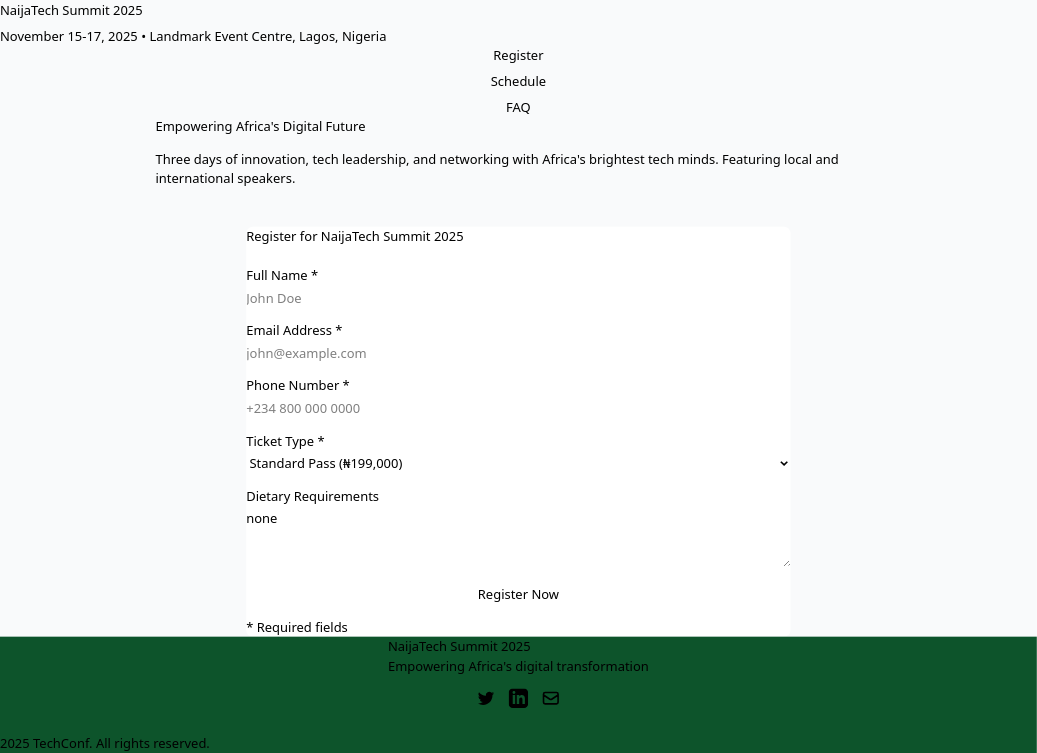
Repository: AYANO-EMMANUEL/fictional-tech-conf-event
Page: /
These files come from the project's save history. The page is drawn as it stood at one moment and after the next save; the edit follows.
The browser window is 1280 px wide. The pictures show the whole page, at 81% of full size.
The project was rebuilt for these pictures with package versions that can differ from the ones it lists, and the page was loaded fresh each time. Also part of the build but not shown: vite.config.ts, src/components/Schedule/Schedule.tsx, src/components/FAQ/FAQ.tsx.

Above is the page before, as saved 2025-08-06 14:17:23.

### index.html
<!doctype html>
<html lang="en">
  <head>
    <meta charset="UTF-8" />
    <link rel="icon" type="image/svg+xml" href="/vite.svg" />
    <link rel="stylesheet" href="/src/index.css">
    <meta name="viewport" content="width=device-width, initial-scale=1.0" />
    <title>Vite + React + TS</title>
  </head>
  <body>
    <div id="root"></div>
    <script type="module" src="/src/main.tsx"></script>
  </body>
</html>

### src/index.css
/* @import "tailwindcss/components.css";
@import "tailwindcss/preflight.css";
@import "tailwindcss/utilities.css"; */
/* @tailwind base;
@tailwind components;
@tailwind utilities; */

@import "tailwindcss";

/* Custom styles */
.btn {
  display: inline-flex;
  align-items: center;
  justify-content: center;
  font-weight: 600;
  padding: 0.625rem 1.25rem;
  border-radius: 0.375rem;
  transition: all 0.2s ease-in-out;
  cursor: pointer;
  border: 1px solid transparent;
  box-shadow: 0 1px 2px 0 rgba(0, 0, 0, 0.05);
}

.btn:focus {
  outline: 2px solid transparent;
  outline-offset: 2px;
  box-shadow: 0 0 0 3px rgba(59, 130, 246, 0.5);
}

/* Primary Button */
.btn-primary {
  /* @apply bg-nigeria-green text-white hover:bg-green-700 focus:bg-green-700 active:bg-green-800; */
  background-color: green;
  color: white;
  border-color: green;
}

.btn-primary:focus {
  outline: 2px solid transparent;
  outline-offset: 2px;
  box-shadow: 0 0 0 3px rgba(59, 130, 246, 0.5);
}

.btn-primary:hover {
  transform: translateY(-1px);
  box-shadow: 0 4px 6px -1px rgba(0, 0, 0, 0.1), 0 2px 4px -1px rgba(0, 0, 0, 0.06);
}

.btn-primary:active {
  transform: translateY(0);
}

/* Secondary button */
.btn-secondary {
  /* @apply bg-white text-nigeria-green border-2 border-nigeria-green hover:bg-green-50 focus:bg-green-50 active:bg-green-100; */
  background-color: #f3f4f6;
  color: green;
  border: 1px solid green;
}

.btn-secondary:hover {
  background-color: #e5e7eb;
  transform: translateY(-1px);
  box-shadow: 0 4px 6px -1px rgba(0, 0, 0, 0.1), 0 2px 4px -1px rgba(0, 0, 0, 0.06);
}

.btn-secondary:active {
  transform: translateY(0);
}

.card {
  background-color: white;
  border-radius: 0.5rem;
  box-shadow: 0 4px 6px -1px rgb(0 0 0 / 0.1), 0 2px 4px -2px rgb(0 0 0 / 0.1);
  overflow: hidden;
  transition-property: all;
  transition-timing-function: cubic-bezier(0.4, 0, 0.2, 1);
  transition-duration: 200ms;
}

.card:hover {
  box-shadow: 0 10px 15px -3px rgb(0 0 0 / 0.1), 0 4px 6px -4px rgb(0 0 0 / 0.1);
}

.form-input {
  width: 100%;
  padding: 0.5rem 1rem;
  border-width: 1px;
  border-color: #d1d5db;
  border-radius: 0.5rem;
  transition-property: color, background-color, border-color, text-decoration-color, fill, stroke, opacity, box-shadow, transform, filter, backdrop-filter;
  transition-timing-function: cubic-bezier(0.4, 0, 0.2, 1);
  transition-duration: 200ms;
}

.form-input:focus {
  outline: 2px solid transparent;
  outline-offset: 2px;
  --tw-ring-offset-shadow: var(--tw-ring-inset) 0 0 0 var(--tw-ring-offset-width) var(--tw-ring-offset-color);
  --tw-ring-shadow: var(--tw-ring-inset) 0 0 0 calc(2px + var(--tw-ring-offset-width)) var(--tw-ring-color);
  box-shadow: var(--tw-ring-offset-shadow), var(--tw-ring-shadow), var(--tw-shadow, 0 0 #0000);
  --tw-ring-color: rgb(59 130 246 / 0.5);
  --tw-ring-offset-width: 0px;
  border-color: transparent;
}

.form-label {
  display: block;
  color: #374151;
  font-weight: 500;
  margin-bottom: 0.25rem;
}

/* Base styles */
:root {
  font-family: system-ui, -apple-system, BlinkMacSystemFont, 'Segoe UI', Roboto, 'Helvetica Neue', Arial, sans-serif;
  line-height: 1.5;
  font-weight: 400;
  color: #1a1a1a;
  background-color: #f9fafb;
  font-synthesis: none;
  text-rendering: optimizeLegibility;
  -webkit-font-smoothing: antialiased;
  -moz-osx-font-smoothing: grayscale;
}

/* Animations */
@keyframes fadeIn {
  from { opacity: 0; transform: translateY(10px); }
  to { opacity: 1; transform: translateY(0); }
}

.animate-fade-in {
  animation: fadeIn 0.3s ease-out forwards;
}

### src/main.tsx
import React from 'react';
import { createRoot } from 'react-dom/client';
import App from './App';
import './index.css';

const container = document.getElementById('root');
if (!container) throw new Error('Failed to find the root element');
const root = createRoot(container);

root.render(
  <React.StrictMode>
    <App />
  </React.StrictMode>
);

### src/App.tsx
import { useState } from 'react';
import { RegistrationForm } from './components/Form/RegistrationForm';
import Schedule from './components/Schedule/Schedule';
import FAQ from './components/FAQ/FAQ';
import Hero from '../src/assets/tnigeria-bg.jpeg';

function App() {
  const [activeSection, setActiveSection] = useState<'register' | 'schedule' | 'faq'>('register');

  return (
    <div className="min-h-screen bg-gray-50">
      {/* Header */}
      <header className="bg-gradient-to-r text-center from-green-500 to-green-700 bg-cover bg-center bg-[url(')] text-white shadow-lg">
        <div className="container mx-auto px-4 py-6">
          <h1 className="text-3xl md:text-4xl font-bold mb-2">NaijaTech Summit 2025</h1>
          <p className="text-blue-100">November 15-17, 2025 • Landmark Event Centre, Lagos, Nigeria</p>
        </div>

        {/* Navigation */}
        <nav className="bg-nigeria-green/90 backdrop-blur-sm shadow-md">
          <div className="container mx-auto px-4">
            <div className="flex flex-col justify-center sm:flex-row space-y-2 sm:space-y-0 sm:space-x-6 py-6">
              <button
                onClick={() => setActiveSection('register')}
                className={`btn ${activeSection === 'register'
                  ? 'btn-primary'
                  : 'btn-secondary'}`}
              >
                Register
              </button>
              <button
                onClick={() => setActiveSection('schedule')}
                className={`btn ${activeSection === 'schedule'
                  ? 'btn-primary'
                  : 'btn-secondary'}`}
              >
                Schedule
              </button>
              <button
                onClick={() => setActiveSection('faq')}
                className={`btn ${activeSection === 'faq'
                  ? 'btn-primary'
                  : 'btn-secondary'}`}
              >
                FAQ
              </button>
            </div>
          </div>
        </nav>
      </header>

      {/* Hero Section */}
      {activeSection === 'register' && (
        <section className="py-12 md:py-20 bg-gradient-to-b from-nigeria-greenLight to-white">
          <div className="container mx-auto px-4">
            <div className="max-w-4xl mx-auto text-center mb-12">
              <h2 className="text-3xl md:text-4xl font-bold text-gray-900 mb-4">
                Empowering Africa's Digital Future
              </h2>
              <p className="text-xl text-gray-600">
                Three days of innovation, tech leadership, and networking with Africa's brightest tech minds. Featuring local and international speakers.
              </p>
            </div>
            <RegistrationForm onSuccess={() => setActiveSection('schedule')} />
          </div>
        </section>
      )}

      {/* Schedule Section */}
      {activeSection === 'schedule' && (
        <section className="py-12 md:py-16 bg-white">
          <main className="container mx-auto px-4 py-8">
            <Schedule />
          </main>
        </section>
      )}

      {/* FAQ Section */}
      {activeSection === 'faq' && (
        <section className="py-12 md:py-16 bg-gray-50">
          <div className="container mx-auto px-4">
            <FAQ />
          </div>
        </section>
      )}

      {/* Footer */}
      <footer className="bg-green-900 text-white py-8">
        <div className="container mx-auto px-4">
          <div className="flex flex-col md:flex-row justify-between items-center">
            <div className="mb-4 md:mb-0">
              <h3 className="text-xl font-bold">NaijaTech Summit 2025</h3>
              <p className="text-gray-400">Empowering Africa's digital transformation</p>
            </div>
            <div className="flex space-x-4">
              <a href="#" className="text-gray-400 hover:text-white transition-colors">
                <span className="sr-only">Twitter</span>
                <svg className="h-6 w-6" fill="currentColor" viewBox="0 0 24 24" aria-hidden="true">
                  <path d="M8.29 20.251c7.547 0 11.675-6.253 11.675-11.675 0-.178 0-.355-.012-.53A8.348 8.348 0 0022 5.92a8.19 8.19 0 01-2.357.646 4.118 4.118 0 001.804-2.27 8.224 8.224 0 01-2.605.996 4.107 4.107 0 00-6.993 3.743 11.65 11.65 0 01-8.457-4.287 4.106 4.106 0 001.27 5.477A4.072 4.072 0 012.8 9.713v.052a4.105 4.105 0 003.292 4.022 4.095 4.095 0 01-1.853.07 4.108 4.108 0 003.834 2.85A8.233 8.233 0 012 18.407a11.616 11.616 0 006.29 1.84" />
                </svg>
              </a>
              <a href="#" className="text-gray-400 hover:text-white transition-colors">
                <span className="sr-only">LinkedIn</span>
                <svg className="h-6 w-6" fill="currentColor" viewBox="0 0 24 24" aria-hidden="true">
                  <path fillRule="evenodd" d="M19 0h-14c-2.761 0-5 2.239-5 5v14c0 2.761 2.239 5 5 5h14c2.762 0 5-2.239 5-5v-14c0-2.761-2.238-5-5-5zm-11 19h-3v-11h3v11zm-1.5-12.268c-.966 0-1.75-.79-1.75-1.764s.784-1.764 1.75-1.764 1.75.79 1.75 1.764-.783 1.764-1.75 1.764zm13.5 12.268h-3v-5.604c0-3.368-4-3.113-4 0v5.604h-3v-11h3v1.765c1.396-2.586 7-2.777 7 2.476v6.759z" clipRule="evenodd" />
                </svg>
              </a>
              <a href="mailto:info@techconf.com" className="text-gray-400 hover:text-white transition-colors">
                <span className="sr-only">Email</span>
                <svg className="h-6 w-6" fill="none" stroke="currentColor" viewBox="0 0 24 24" xmlns="http://www.w3.org/2000/svg">
                  <path strokeLinecap="round" strokeLinejoin="round" strokeWidth={2} d="M3 8l7.89 5.26a2 2 0 002.22 0L21 8M5 19h14a2 2 0 002-2V7a2 2 0 00-2-2H5a2 2 0 00-2 2v10a2 2 0 002 2z" />
                </svg>
              </a>
            </div>
          </div>
          <div className="mt-8 pt-8 border-t border-gray-800 text-center text-gray-400 text-sm">
            <p> {new Date().getFullYear()} TechConf. All rights reserved.</p>
          </div>
        </div>
      </footer>
    </div>
  );
}

export default App;

### src/components/Form/RegistrationForm.tsx
import { useState, useEffect } from 'react';

interface FormData {
  fullName: string;
  email: string;
  phone: string;
  ticketType: 'standard' | 'vip' | 'student' | 'startup';
  state: string;
  organization: string;
  howHeard: string;
  dietaryRequirements: string;
}

interface RegistrationFormProps {
  onSuccess?: () => void;
}

export const RegistrationForm = ({ onSuccess }: RegistrationFormProps) => {
  const [formData, setFormData] = useState<FormData>({
    fullName: '',
    email: '',
    phone: '',
    ticketType: 'standard',
    state: '',
    organization: '',
    howHeard: '',
    dietaryRequirements: 'none',
  });

  const [errors, setErrors] = useState<Partial<FormData>>({});
  const [isSubmitted, setIsSubmitted] = useState(false);

  // Load saved form data from localStorage on component mount
  useEffect(() => {
    const savedFormData = localStorage.getItem('conferenceFormData');
    if (savedFormData) {
      setFormData(JSON.parse(savedFormData));
    }
  }, []);

  // Save form data to localStorage whenever it changes
  useEffect(() => {
    localStorage.setItem('conferenceFormData', JSON.stringify(formData));
  }, [formData]);

  const validateForm = (): boolean => {
    const newErrors: Partial<FormData> = {};
    let isValid = true;

    if (!formData.fullName.trim()) {
      newErrors.fullName = 'Full name is required';
      isValid = false;
    }

    if (!formData.email) {
      newErrors.email = 'Email is required';
      isValid = false;
    } else if (!/^[^\s@]+@[^\s@]+\.[^\s@]+$/.test(formData.email)) {
      newErrors.email = 'Please enter a valid email address';
      isValid = false;
    }

    if (!formData.phone) {
      newErrors.phone = 'Phone number is required';
      isValid = false;
    } else if (
      !(
        /^\+?234\s?\d{10}$/.test(formData.phone) ||
        /^\d{11}$/.test(formData.phone)
      )
    ) {
      newErrors.phone = 'Please enter a valid phone number';
      isValid = false;
    }

    setErrors(newErrors);
    return isValid;
  };

  const handleChange = (
    e: React.ChangeEvent<HTMLInputElement | HTMLSelectElement | HTMLTextAreaElement>
  ) => {
    const { name, value } = e.target;
    setFormData({
      ...formData,
      [name]: value,
    });
  };

  const handleSubmit = (e: React.FormEvent) => {
    e.preventDefault();
    if (validateForm()) {
      // In a real app, you would send the data to your backend here
      console.log('Form submitted:', formData);
      setIsSubmitted(true);
      // Reset form
      setFormData({
        fullName: '',
        email: '',
        phone: '',
        ticketType: 'standard',
        state: '',
        organization: '',
        howHeard: '',
        dietaryRequirements: 'none',
      });
      // Clear any saved form data from localStorage
      localStorage.removeItem('conferenceFormData');

      // Call the onSuccess callback if provided
      if (onSuccess) {
        onSuccess();
      }
    }
  };

  const nigerianStates = [
    'Abia', 'Adamawa', 'Akwa Ibom', 'Anambra', 'Bauchi', 'Bayelsa', 'Benue', 'Borno',
    'Cross River', 'Delta', 'Ebonyi', 'Edo', 'Ekiti', 'Enugu', 'FCT', 'Gombe',
    'Imo', 'Jigawa', 'Kaduna', 'Kano', 'Katsina', 'Kebbi', 'Kogi', 'Kwara',
    'Lagos', 'Nasarawa', 'Niger', 'Ogun', 'Ondo', 'Osun', 'Oyo', 'Plateau',
    'Rivers', 'Sokoto', 'Taraba', 'Yobe', 'Zamfara'
  ];

  if (isSubmitted) {
    return (
      <div className="text-center py-8">
        <div className="text-green-500 text-5xl mb-4">✓</div>
        <h3 className="text-xl font-semibold text-gray-800 mb-2">E Don Cast!</h3>
        <p className="text-gray-600">Your registration is complete! We've sent a confirmation to {formData.email}.</p>
        <p className="text-gray-600 mt-2">No go miss am, we dey wait you for Landmark Event Centre!</p>
      </div>
    );
  }

  return (
    <div className="bg-white shadow-lg rounded-lg p-6 max-w-2xl mx-auto transform transition-all duration-300 hover:shadow-xl">
      <h2 className="text-2xl font-bold text-gray-800 mb-6 text-center">
        Register for NaijaTech Summit 2025
      </h2>
      <form onSubmit={handleSubmit} className="space-y-4">
        <div>
          <label htmlFor="fullName" className="block text-gray-700 font-medium mb-1">
            Full Name *
          </label>
          <input
            type="text"
            id="fullName"
            name="fullName"
            value={formData.fullName}
            onChange={handleChange}
            className={`w-full px-4 py-2 border rounded-lg focus:ring-2 focus:ring-blue-500 focus:border-transparent ${
              errors.fullName ? 'border-red-500' : 'border-gray-300'
            }`}
            placeholder="John Doe"
          />
          {errors.fullName && (
            <p className="mt-1 text-sm text-red-600">{errors.fullName}</p>
          )}
        </div>

        <div>
          <label htmlFor="email" className="block text-gray-700 font-medium mb-1">
            Email Address *
          </label>
          <input
            type="email"
            id="email"
            name="email"
            value={formData.email}
            onChange={handleChange}
            className={`w-full px-4 py-2 border rounded-lg focus:ring-2 focus:ring-blue-500 focus:border-transparent ${
              errors.email ? 'border-red-500' : 'border-gray-300'
            }`}
            placeholder="john@example.com"
          />
          {errors.email && (
            <p className="mt-1 text-sm text-red-600">{errors.email}</p>
          )}
        </div>

        <div>
          <label htmlFor="phone" className="block text-gray-700 font-medium mb-1">
            Phone Number *
          </label>
          <input
            type="tel"
            id="phone"
            name="phone"
            value={formData.phone}
            onChange={handleChange}
            className={`w-full px-4 py-2 border rounded-lg focus:ring-2 focus:ring-blue-500 focus:border-transparent ${
              errors.phone ? 'border-red-500' : 'border-gray-300'
            }`}
            placeholder="+234 800 000 0000"
          />
          {errors.phone && (
            <p className="mt-1 text-sm text-red-600">{errors.phone}</p>
          )}
        </div>

        <div>
          <label htmlFor="ticketType" className="block text-gray-700 font-medium mb-1">
            Ticket Type *
          </label>
          <select
            id="ticketType"
            name="ticketType"
            value={formData.ticketType}
            onChange={handleChange}
            className="w-full px-4 py-2 border border-gray-300 rounded-lg focus:ring-2 focus:ring-blue-500 focus:border-transparent"
          >
            <option value="standard">Standard Pass (₦199,000)</option>
            <option value="vip">VIP Pass (₦399,000)</option>
            <option value="student">Student Pass (₦99,000)</option>
          </select>
        </div>

        <div>
          <label htmlFor="dietaryRequirements" className="block text-gray-700 font-medium mb-1">
            Dietary Requirements
          </label>
          <textarea
            id="dietaryRequirements"
            name="dietaryRequirements"
            value={formData.dietaryRequirements}
            onChange={handleChange}
            rows={3}
            className="w-full px-4 py-2 border border-gray-300 rounded-lg focus:ring-2 focus:ring-blue-500 focus:border-transparent"
            placeholder="Any dietary restrictions or allergies?"
          />
        </div>

        <div className="pt-2">
          <button
            type="submit"
            className="w-full bg-gradient-to-r from-green-600 to-green-700 hover:from-green-700 hover:to-green-800 cursor-pointer text-white font-bold py-3 px-4 rounded-lg transition-all duration-300 transform hover:scale-[1.02] hover:shadow-lg active:scale-95"
          >
            Register Now
          </button>
        </div>

        <p className="text-sm text-gray-500 mt-4">
          * Required fields
        </p>
      </form>
    </div>
  );
};

export default RegistrationForm;

After the next save:
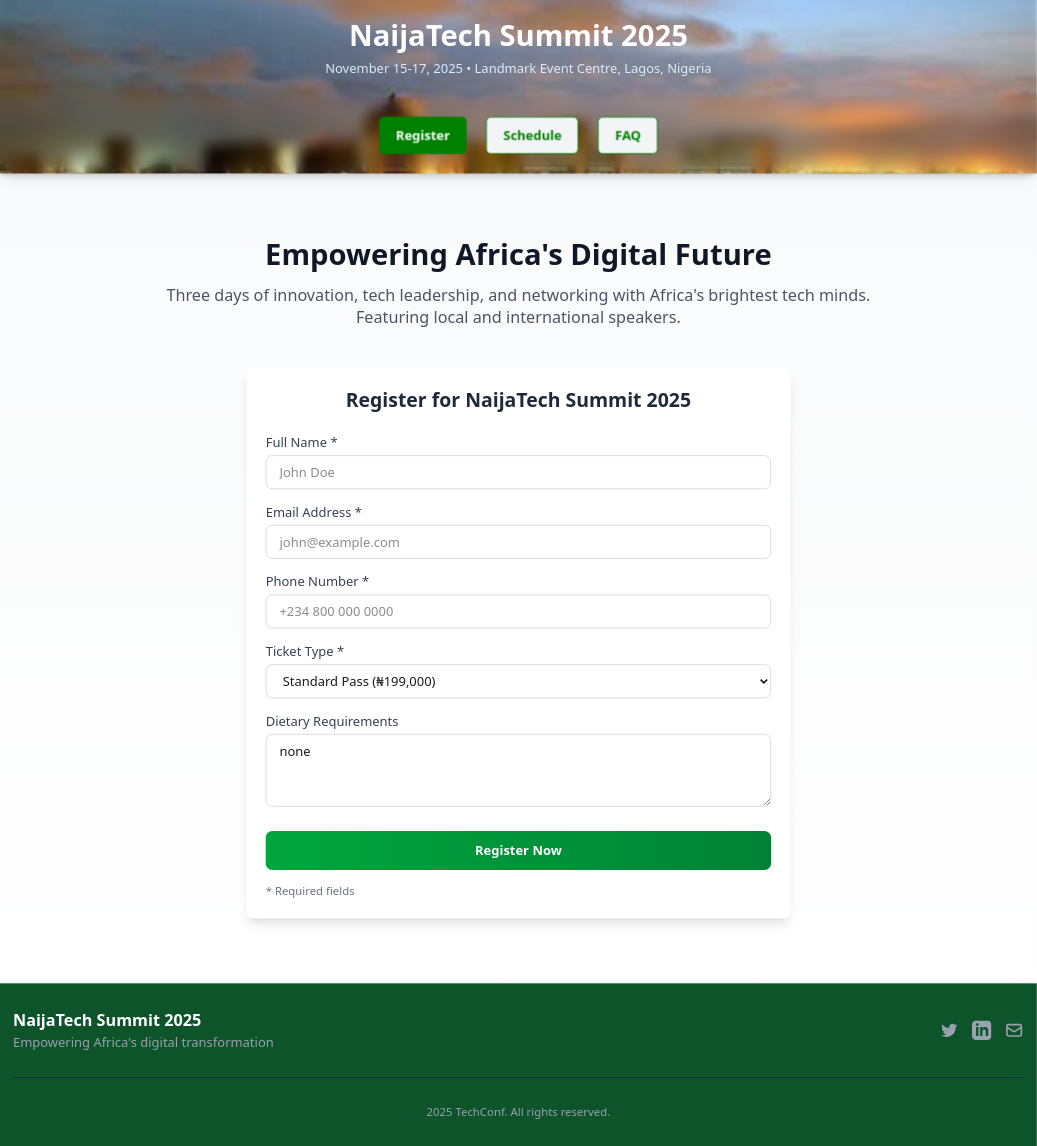
Saved 6 s later.
--- a/src/App.tsx
+++ b/src/App.tsx
@@ -10,7 +10,7 @@ function App() {
   return (
     <div className="min-h-screen bg-gray-50">
       {/* Header */}
-      <header className="bg-gradient-to-r text-center from-green-500 to-green-700 bg-cover bg-center bg-[url(')] text-white shadow-lg">
+      <header className="bg-gradient-to-r text-center from-green-500 to-green-700 bg-cover bg-center bg-[url('../src/assets/tnigeria-bg.jpeg')] text-white shadow-lg">
         <div className="container mx-auto px-4 py-6">
           <h1 className="text-3xl md:text-4xl font-bold mb-2">NaijaTech Summit 2025</h1>
           <p className="text-blue-100">November 15-17, 2025 • Landmark Event Centre, Lagos, Nigeria</p>
